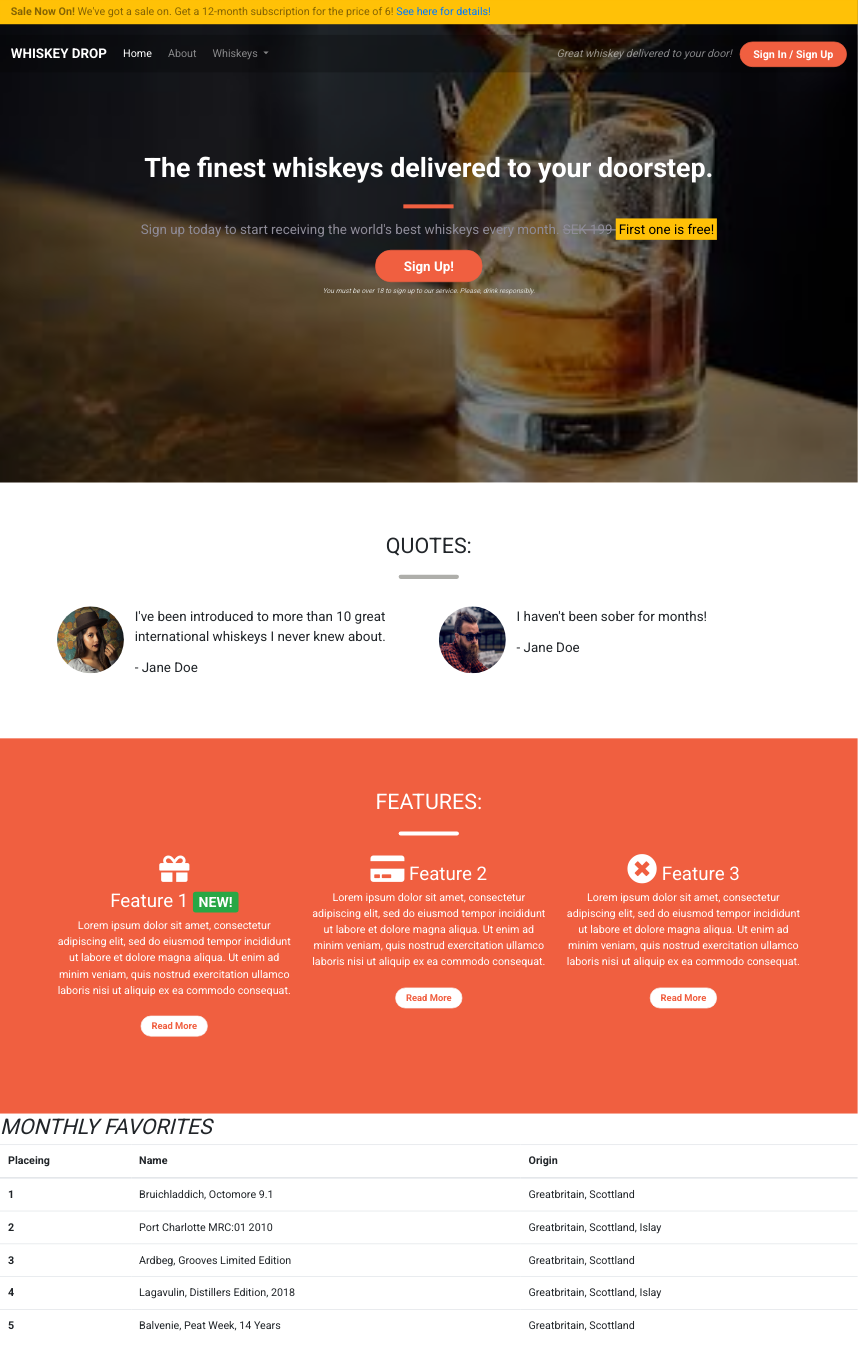
Repository: Jadehammar/Whiskey-drop
Page: index.html
The author's editor kept a record of every edit. The page is drawn from the files as they stood at one moment, then again after the next edit.
The browser window is 1280 px wide. The pictures show the whole page, at 67% of full size.
Backgrounds fixed to the window are drawn as part of the page. Some web libraries are served in a nearby version.

Above is the page before.

### index.html
<!DOCTYPE html>
<html lang="en-us">

<head>
    <meta charset="utf-8">
    <title>Whiskey Drop | Taste a new whiskey every month</title>
    <meta name="viewport" content="width=device-width, initial-scale=1.0">
    <link rel="stylesheet" href="https://maxcdn.bootstrapcdn.com/bootstrap/4.1.3/css/bootstrap.min.css">
    <link rel="stylesheet" href="https://use.fontawesome.com/releases/v5.6.1/css/all.css" integrity="sha384-gfdkjb5BdAXd+lj+gudLWI+BXq4IuLW5IT+brZEZsLFm++aCMlF1V92rMkPaX4PP" crossorigin="anonymous">
    <link href="https://fonts.googleapis.com/css?family=Roboto:400,700" rel="stylesheet">
    <link rel="stylesheet" href="css/style.css" type="text/css" />
</head>

<body>
    <div class="container-fluid navalert-container">
        <div class="container-fluid alert-container">
            <div class="row d-none d-sm-block">
                <div class="col-12">
                    <div class="site-wide-alert alert alert-warning">
                        <strong>Sale Now On!</strong> We've got a sale on. Get a 12-month subscription for the price of 6! <a href="">See here for details!</a>
                    </div>
                </div>
            </div>
        </div>
        <nav class="navbar navbar-dark navbar-expand-sm">
            <a href="/" class="navbar-brand">Whiskey Drop</a>

            <button class="navbar-toggler ml-auto" type="button" data-toggle="collapse" data-target="#navbarNavDropdown" aria-controls="navbarNavDropdown" aria-expanded="false" aria-label="Toggle navigation">
        <span class="navbar-toggler-icon"></span></button>

            <div class="collapse navbar-collapse" id="navbarNavDropdown">
                <ul class="navbar-nav mr-auto">
                    <li class="active nav-item mr-2"><a class="nav-link" href="/">Home</a></li>
                    <li class="nav-item mr-2"><a class="nav-link" href="/about">About</a></li>
                    <li class="nav-item dropdown">
                        <a class="nav-link dropdown-toggle" href="#" id="navbarDropdownMenuLink" role="button" data-toggle="dropdown" aria-haspopup="true" aria-expanded="false">
          Whiskeys
        </a>
                        <div class="dropdown-menu" aria-labelledby="navbarDropdownMenuLink">
                            <a class="dropdown-item" href="#">Irish</a>
                            <a class="dropdown-item" href="#">Scotch</a>
                            <a class="dropdown-item" href="#">Japanese</a>
                            <a class="dropdown-item" href="#">American</a>
                        </div>
                    </li>

                    <li class="nav-item mr-2 d-block d-sm-none"><a class="nav-link" href="/login">Sign In / Sign Up</a></li>
                </ul>
            </div>
            <div class="d-none d-md-block">
                <p class="navbar-text my-auto mr-2"><i>Great whiskey delivered to your door!</i></p>
                <a href="/login" class="btn btn--cta btn--red">Sign In / Sign Up</a>
            </div>
        </nav>
    </div>
    <div class="container-fluid callout-container">
        <!-- Callout -->
        <div class="opaque-overlay">&nbsp;</div>
        <div class="row">
            <div class="col-12">
                <section class="callout jumbotron text-center">
                    <h1 class="jumbotron-header">The finest whiskeys delivered to your doorstep.</h1>
                    <hr class="block-divider block-divider--orange">
                    <p class="lead">Sign up today to start receiving the world's best whiskeys every month.
                        <s class="d-none d-sm-inline">SEK 199 </s>
                        <span class="d-inline d-sm-none"><br></span>
                        <strong><mark>First one is free!</mark></strong></p>
                    <button class="btn btn-lg btn--cta btn--red" data-toggle="modal" data-target="#signUpModal">Sign Up!</button>
                    <p class="text-muted"><small>You must be over 18 to sign up to our service. Please, drink responsibly.</small></p>
                </section>
            </div>
        </div>
        <!-- /.callout -->
    </div>

    <!-- Quotes -->
    <div class="container-wrapper">
        <div class="container quotes-container content-container">
            <section class="quotes">
                <div class="row">
                    <div class="col-12 page-header">
                        <h2 class="text-uppercase">Quotes:</h2>
                        <hr class="block-divider block-divider--short">
                    </div>
                </div>
                <div class="row">
                    <div class="col-12 col-md-6">
                        <div class="media">
                            <div class="d-none d-sm-block">
                                <img src="images/girl-image.png" class="rounded-circle mr-3" height=100 width=100>
                            </div>
                            <div class="media-body">
                                <blockquote class="blockquote">
                                    <p>I've been introduced to more than 10 great international whiskeys I never knew about.</p>
                                    <p>- Jane Doe</p>
                                </blockquote>
                            </div>
                        </div>
                    </div>
                    <div class="col-12 col-md-6">
                        <div class="media">
                            <div class="d-none d-sm-block">
                                <img src="images/guy-image.png" class="rounded-circle mr-3" height=100 width=100>
                            </div>
                            <div class="media-body">
                                <blockquote class="blockquote">
                                    <p>I haven't been sober for months!</p>
                                    <p>- Jane Doe</p>
                                </blockquote>
                            </div>
                        </div>
                    </div>
                </div>
            </section>
            <!-- /.quotes -->
        </div>
    </div>

    <!-- Features -->
    <div class="container-wrapper container-wrapper--red">
        <div class="container features-container content-container">
            <section class="features">
                <div class="row">
                    <div class="col-12 page-header">
                        <h2 class="text-uppercase">Features:</h2>
                        <hr class="block-divider block-divider--short block-divider--white">
                    </div>
                </div>
                <div class="row">
                    <div class="col-12 col-md-6 col-lg-4">
                        <div class="feature">
                            <h3><i class="fas fa-gift d-none d-sm-block"></i> Feature 1 <span class="badge badge-success">NEW!</span></h3>
                            <p>Lorem ipsum dolor sit amet, consectetur adipiscing elit, sed do eiusmod tempor incididunt ut labore et dolore magna aliqua. Ut enim ad minim veniam, quis nostrud exercitation ullamco laboris nisi ut aliquip ex ea commodo consequat.</p>
                            <p><a class="btn btn-sm btn-light btn-primary fn" href="">Read More</a></p>
                        </div>
                    </div>
                    <div class="col-12 col-md-6 col-lg-4">
                        <div class="feature">
                            <h3><i class="fas fa-credit-card d-none d-sm-inline"></i> Feature 2</h3>
                            <p>Lorem ipsum dolor sit amet, consectetur adipiscing elit, sed do eiusmod tempor incididunt ut labore et dolore magna aliqua. Ut enim ad minim veniam, quis nostrud exercitation ullamco laboris nisi ut aliquip ex ea commodo consequat.</p>
                            <p><a class="btn btn-sm btn-light btn-primary fn" href="">Read More</a></p>
                        </div>
                    </div>
                    <div class="col-12 d-md-none d-lg-block col-lg-4">
                        <div class="feature">
                            <h3><i class="fas fa-times-circle d-none d-sm-inline"></i> Feature 3</h3>
                            <p>Lorem ipsum dolor sit amet, consectetur adipiscing elit, sed do eiusmod tempor incididunt ut labore et dolore magna aliqua. Ut enim ad minim veniam, quis nostrud exercitation ullamco laboris nisi ut aliquip ex ea commodo consequat.</p>
                            <p><a class="btn btn-sm btn-light btn-primary fn" href="">Read More</a></p>
                        </div>
                    </div>
                </div>
            </section>
            <!-- /.features -->
        </div>
    </div>
    <!--table-->
    <section class="Favorites">
        <h2 class="text-uppercase font-italic">Monthly favorites</h2>
        <div class="Favorites">
            <table class="table table-hover">
                <thead>
                    <tr>
                        <th scope="col">Placeing</th>
                        <th scope="col">Name</th>
                        <th scope="col">Origin</th>
                    </tr>
                </thead>
                <tbody>
                    <tr>
                        <th scope="row">1</th>
                        <td>Bruichladdich, Octomore 9.1</td>
                        <td>Greatbritain, Scottland</td>
                    </tr>
                    <tr>
                        <th scope="row">2</th>
                        <td>Port Charlotte MRC:01 2010 </td>
                        <td>Greatbritain, Scottland, Islay</td>
                    </tr>
                    <tr>
                        <th scope="row">3</th>
                        <td>Ardbeg, Grooves Limited Edition</td>
                        <td>Greatbritain, Scottland</td>
                    </tr>
                    <tr>
                        <th scope="row">4</th>
                        <td>Lagavulin, Distillers Edition, 2018</td>
                        <td>Greatbritain, Scottland, Islay</td>
                    </tr>
                    <tr>
                        <th scope="row">5</th>
                        <td>Balvenie, Peat Week, 14 Years</td>
                        <td>Greatbritain, Scottland</td>
                    </tr>
                </tbody>
            </table>
        </div>
    </section>
    <!--table/.-->
    </div>

    <!--Modal-->

    <div class="modal" tabindex="-1" role="dialog" id="SignUpModal">
        <div class="modal-dialog" role="document">
            <div class="modal-content">
                <div class="modal-header">
                    <h5 class="modal-title">Sign Up to Whiskey drop!</h5>
                    <button type="button" class="close" data-dismiss="modal" aria-label="Close">
          <span aria-hidden="true">&times;</span>
        </button>
                </div>
                <div class="modal-body">
                    <form>
                        <div class="form-group">
                            <label for="exampleInputEmail1">Email address</label>
                            <input type="email" class="form-control" id="exampleInputEmail1" aria-describedby="emailHelp" placeholder="Enter email">
                            <small id="emailHelp" class="form-text text-muted">We'll never share your email with anyone else. Only sell it.</small>
                        </div>
                        <div class="form-group">
                            <label for="Password">Password</label>
                            <input type="password" class="form-control" id="Password" placeholder="Password">
                        </div>
                        <div class="form-group">
                            <label for="RepeatPassword">Repeat Password</label>
                            <input type="password" class="form-control" id="RepeatPassword" placeholder="Repeat Password">
                        </div>
                        <button type="submit" class="btn btn-success">Submit</button>
                    </form>
                </div>
            </div>
        </div>
    </div>
    <script src="https://code.jquery.com/jquery-3.3.1.slim.min.js" integrity="sha384-q8i/X+965DzO0rT7abK41JStQIAqVgRVzpbzo5smXKp4YfRvH+8abtTE1Pi6jizo" crossorigin="anonymous"></script>
    <script src="https://cdnjs.cloudflare.com/ajax/libs/popper.js/1.14.7/umd/popper.min.js" integrity="sha384-UO2eT0CpHqdSJQ6hJty5KVphtPhzWj9WO1clHTMGa3JDZwrnQq4sF86dIHNDz0W1" crossorigin="anonymous"></script>
    <script src="https://stackpath.bootstrapcdn.com/bootstrap/4.3.1/js/bootstrap.min.js" integrity="sha384-JjSmVgyd0p3pXB1rRibZUAYoIIy6OrQ6VrjIEaFf/nJGzIxFDsf4x0xIM+B07jRM" crossorigin="anonymous"></script>
</body>

</html>

### css/style.css
body {
    font-family: 'Roboto', sans-serif;
}

.container-wrapper {

}

.container-wrapper--red {
    background-color: #f05f40;
    color: white;
}

.mark,
mark {
    padding: .2em;
    background-color: #ffc107;
}

.alert-container .col-12 {
    padding-left: 0;
    padding-right: 0;
}

.site-wide-alert {
    border-radius: 0;
    padding: 5px 15px;
    color: #856404;
    background-color: #ffc107;
    border-color: #ffc107;
}

.callout-container {
    height: 100vh;
    background: url("../images/whiskey.jpg") no-repeat bottom right fixed;
    -webkit-background-size: cover;
    -moz-background-size: cover;
    -o-background-size: cover;
    background-size: cover;

    display: flex;
    align-items: center;
    justify-content: center;

    position: relative;
}

.quotes-container {}

.features-container {}

.opaque-overlay {
    position: absolute;
    top: 0;
    left: 0;
    height: 100%;
    width: 100%;
    background-color: rgba(0, 0, 0, 0.5);
}

/*Block-dividers*/

.block-divider {
    width: 75px;
    height: 6px;
    border: 0;
}

.block-divider--yellow {
    background-color: #f1ce19
}

.block-divider--orange {
    background-color: #f05f40;
}

.block-divider--short {
    height: 6px;
    border: 0px;
    margin-top: 25px;
    border-radius: 20px;
    width: 90px;
    background-color: #aeaeaa;
}

.block-divider--white {
    background-color: white;
    margin-top: 25px;
    border-radius: 20px;
    width: 90px;
    margin-bottom: 40px;
}

/*Content containers*/

.content-container {
    padding-bottom: 75px;
    padding-top: 75px;
}


/*jumbotron*/

.jumbotron {
    background-color: transparent;
}

.jumbotron small {
    font-size: 10px;
    font-style: italic;
    color: #dad9d3;
}

.jumbotron .lead {
    color: #8f8c98;

}

.jumbotron-header {
    color: white;
    font-weight: bold;
    margin-bottom: 30px;
}

/*navbar*/

.navalert-container {
    position: absolute;
    top: 0;
    left: 0;
    padding-left: 0;
    padding-right: 0;
    z-index: 1;
}

.navbar {
    margin-bottom: 0;
    border: 0;
    background-color: rgba(0, 0, 0, 0.25)
}

.navbar .navbar-toggler {
    border: 0;
}

.navbar-brand {
    text-transform: uppercase;
    font-weight: bold;
}

.navbar navbar-nav a {
    font-weight: bold;

}

/*Buttons*/

.btn--cta {
    font-weight: bold;
    border-radius: 23px;
    width: 160px;
}

.btn--red {
    color: white;
    background-color: #f05f40;
    border-color: #f05f40;
}

.btn-warning {
    color: #212529;
    background-color: #ffc107;
    border-color: #ffc107;
}

.btn-primary.fn:hover {
    margin-left: 0px;
    background-color: green;
    transition: color .5s ease,background-color .5s ease-out;
    transition: border .5s ease, background-color .5s ease-out;
    text-transform: none;
    border: 1px;
    color: #ffffff;
}

/*page-headers*/

.page-header {
    margin-bottom: 0;
    border-bottom: 0;
    text-align: center;
}

.page-header h2 {
    margin-top: 0;
}

.quotes .page-header {
    margin-bottom: 25px;
}

.feature {
    text-align: center;
    margin-bottom: 40px;
}

.feature i {
    margin-bottom: 20px;
    font-size: 45px;
    line-height: 20px;
}

.feature .btn {
    background-color: white;
    border-radius: 15px;
    min-width: 100px;
    font-weight: bold;
    margin-top: 10px;
    color: #f05f40;
}

After the next edit:
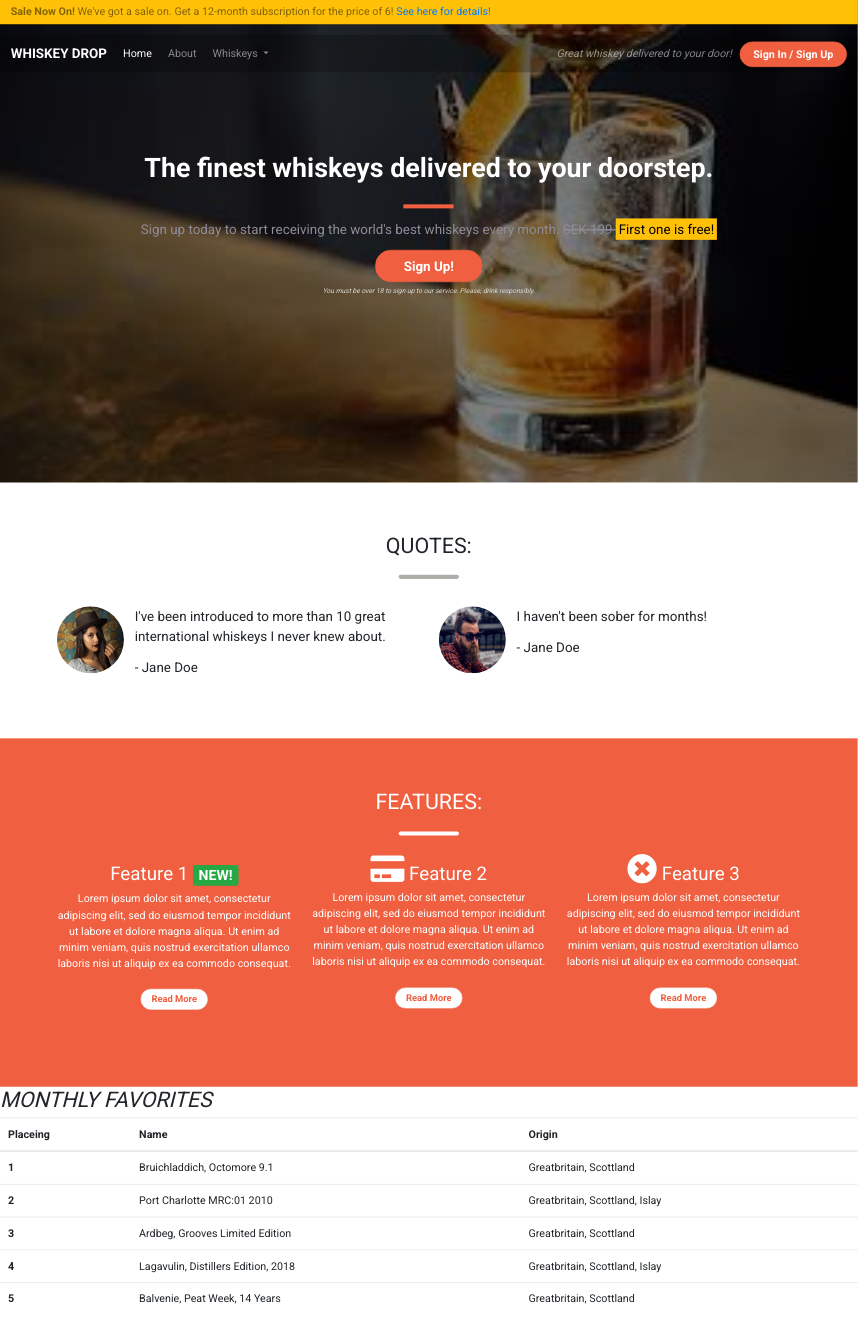
The edit:
--- a/index.html
+++ b/index.html
@@ -129,7 +129,7 @@
                 <div class="row">
                     <div class="col-12 col-md-6 col-lg-4">
                         <div class="feature">
-                            <h3><i class="fas fa-gift d-none d-sm-block"></i> Feature 1 <span class="badge badge-success">NEW!</span></h3>
+                            <h3><i class="fas fa-gift d-none d-none-inline"></i> Feature 1 <span class="badge badge-success">NEW!</span></h3>
                             <p>Lorem ipsum dolor sit amet, consectetur adipiscing elit, sed do eiusmod tempor incididunt ut labore et dolore magna aliqua. Ut enim ad minim veniam, quis nostrud exercitation ullamco laboris nisi ut aliquip ex ea commodo consequat.</p>
                             <p><a class="btn btn-sm btn-light btn-primary fn" href="">Read More</a></p>
                         </div>
